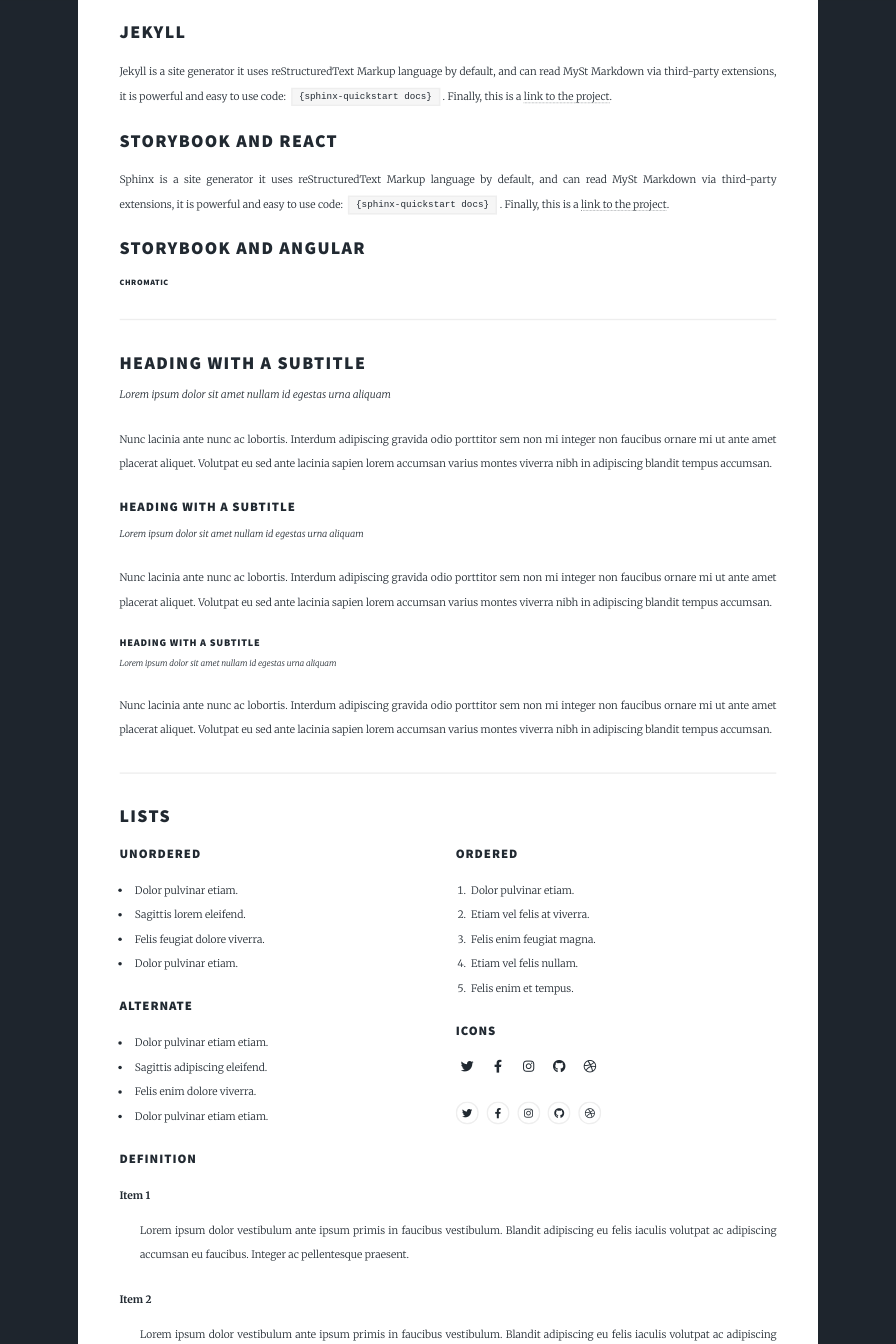
Repository: enlilsudo/Orlando-Portfolio
Page: elements.html
An editor plug-in stored every save of this project. The page is shown before and after the next save, followed by the edit.
The browser window is 1280 px wide. The pictures show the part of the page from y = 908 to 2828 px (the page is 9834 px tall before and 9869 px after), at 70% of full size.

Above is the page before, as saved 2023-02-19 12:29:30.

After the next save:
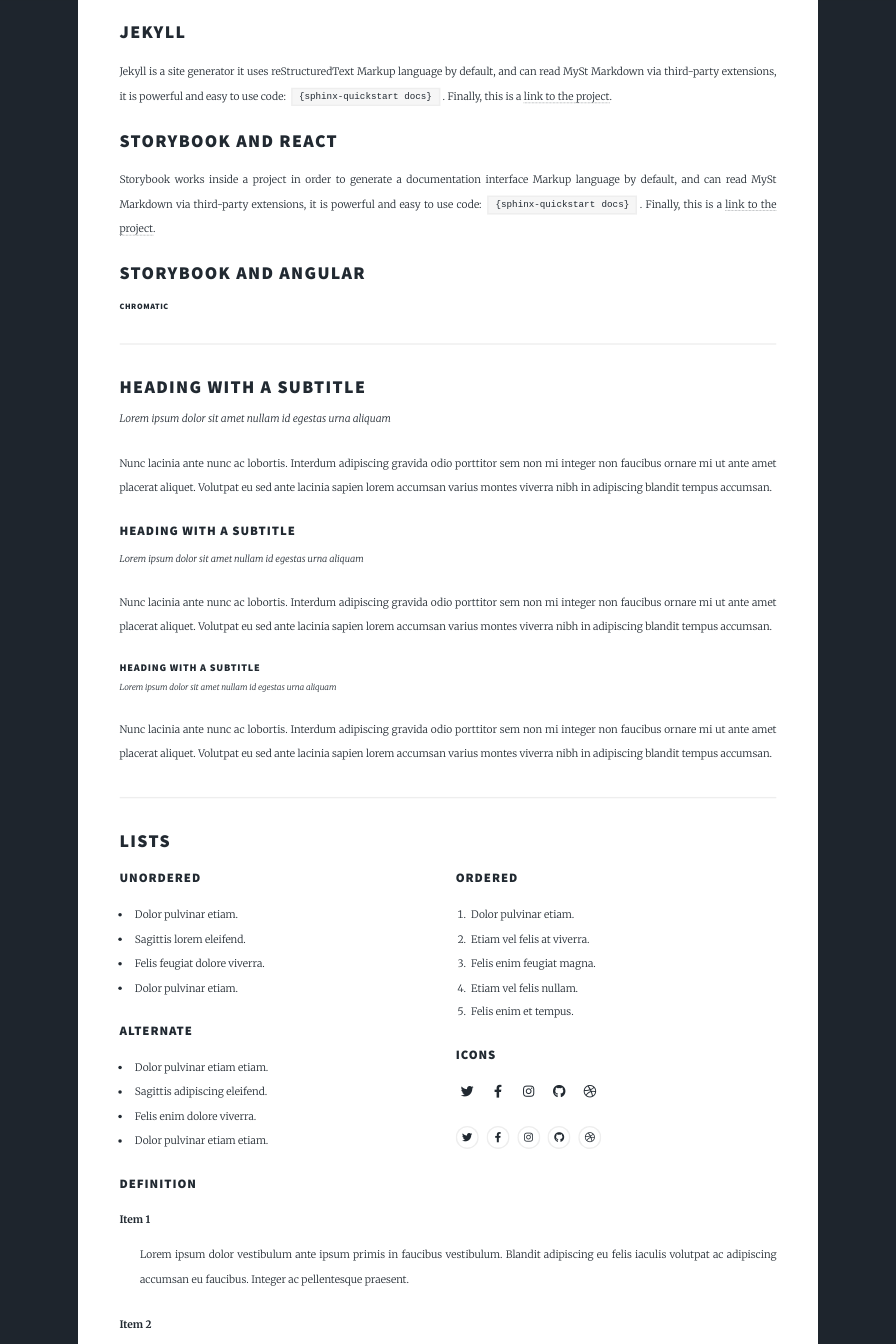
Saved 2 min 36 s later.
--- a/elements.html
+++ b/elements.html
@@ -65,7 +65,7 @@
 										extensions, it is powerful and easy to use code: <code>{sphinx-quickstart docs}</code>.
 										Finally, this is a <a href="https://www.sphinx-doc.org/en/master/#get-started">link to the project</a>.</p>
 									<h2>Storybook and React</h2>
-									<p>Sphinx is a site generator it uses reStructuredText
+									<p>Storybook works inside a project in order to generate a documentation interface
 										Markup language by default, and can read MySt Markdown via third-party
 										extensions, it is powerful and easy to use code: <code>{sphinx-quickstart docs}</code>.
 										Finally, this is a <a href="https://www.sphinx-doc.org/en/master/#get-started">link to the project</a>.</p>
